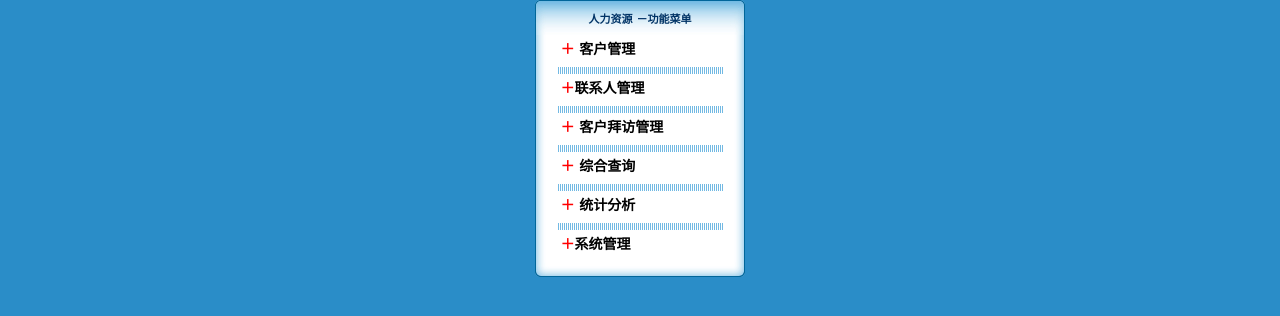
Repository: ChetWei/eclipse-workspace
Page: http://localhost/SSH_CRM/menu.jsp
An editor plug-in stored every save of this project. The page is shown before and after the next save, followed by the edit.
The browser window is 1280 px wide. The pictures show the whole page.
The page is served by Tomcat 9. Nobody is signed in. The application's start-up code is not run.

Above is the page before, as saved 2018-08-25 03:37:59.

After the next save:
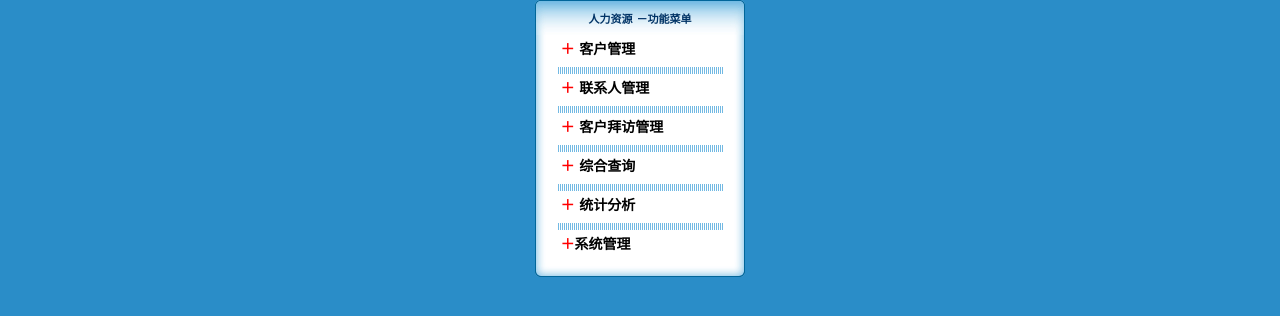
Saved 2 min 40 s later.
--- a/SSH_CRM/WebContent/menu.jsp
+++ b/SSH_CRM/WebContent/menu.jsp
@@ -147,7 +147,7 @@ A.active {
 								</TR>
 								<TR>
 									<TD class=mainMenu onClick="MenuDisplay('table_2');"><SPAN
-										class=span id=table_2Span>＋</SPAN>联系人管理</TD>
+										class=span id=table_2Span>＋</SPAN> 联系人管理</TD>
 								</TR>
 								<TR>
 									<TD>
